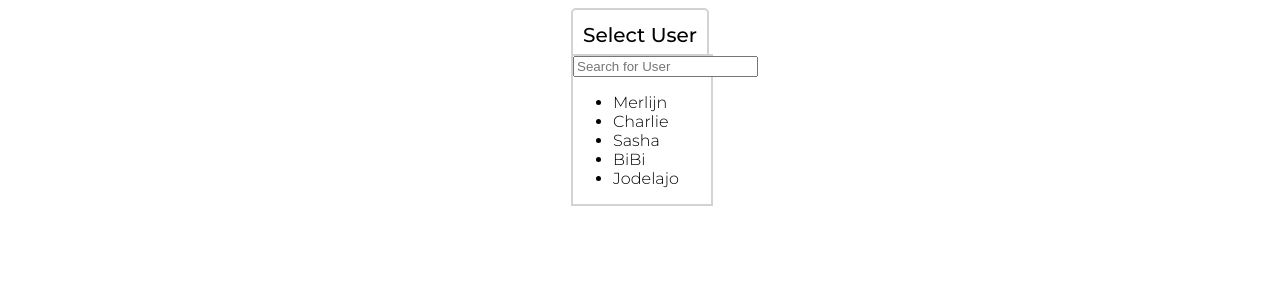
Repository: jodelajo/nuxt-filter-tutorial
Page: /
An editor plug-in stored every save of this project. The page is shown before and after the next save, followed by the edit.
The browser window is 1280 px wide. The pictures show the whole page.
The project was rebuilt for these pictures with package versions that can differ from the ones it lists, and the page was loaded fresh each time. The framework's server and built-in components were replaced by stand-ins that run in the browser. Also part of the build but not shown: nuxt.config.js, components/NuxtLogo.vue, components/Tutorial.vue.

Above is the page before, as saved 2021-12-11 12:29:28.

After the next save:
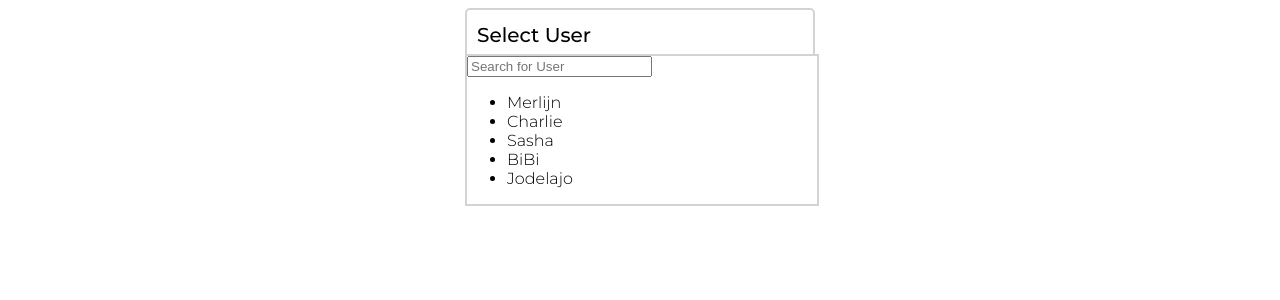
Saved 54 s later.
--- a/pages/index.vue
+++ b/pages/index.vue
@@ -46,6 +46,7 @@ body {
 
 }
 .dropdown-wrapper {
+  width: 350px;
   max-width: 350px;
   position: relative;
 }
